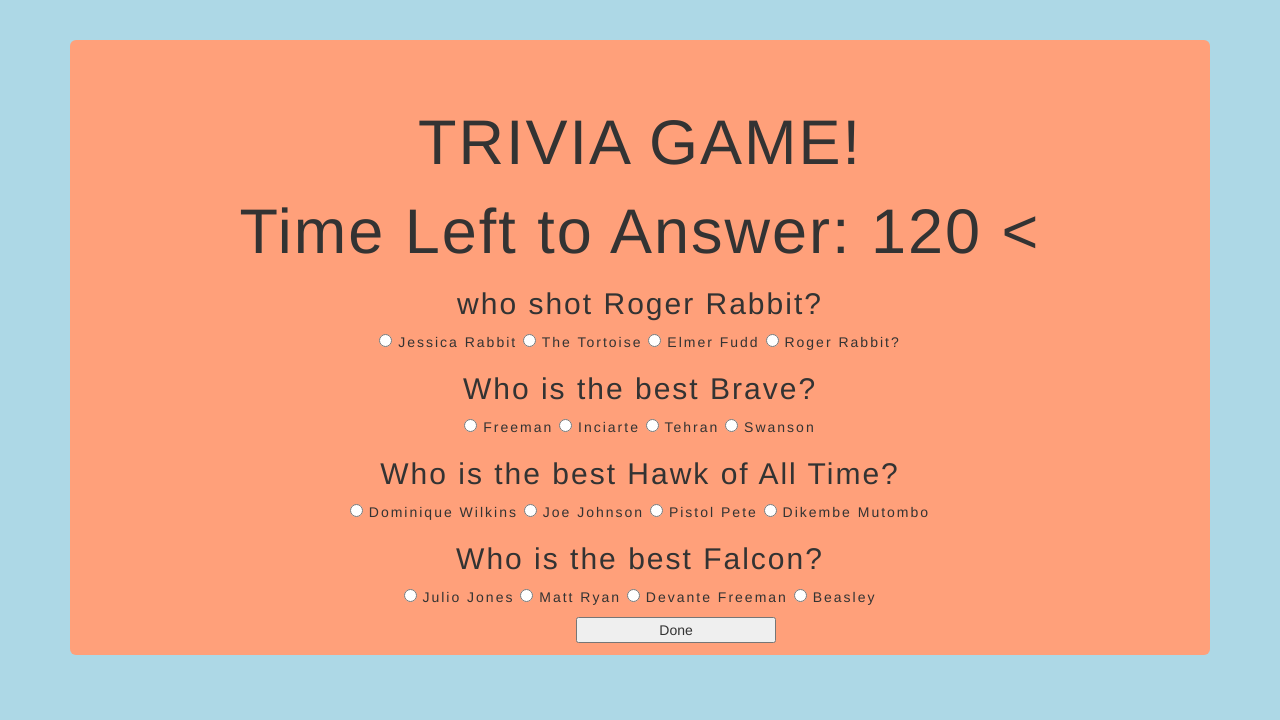
Repository: phiniezyc/TriviaGame
Page: index.html
An editor plug-in stored every save of this project. The page is shown before and after the next save, followed by the edit.
The browser window is 1280 px wide. The pictures show the whole page.
After loading, the first visible `#startGameButton` was clicked once.
Some web libraries are served in a nearby version.

Above is the page before, as saved 2017-09-14 01:34:47.
Console error: TypeError: "#timeLeft".html is not a function

### index.html
<!DOCTYPE html>
<html lang="">
<head>
    <meta charset="utf-8">
    <meta name="viewport" content="width=device-width, initial-scale=1.0">
    <title>Quiz Game</title>
    <link rel="stylesheet" href="https://maxcdn.bootstrapcdn.com/bootstrap/3.3.7/css/bootstrap.min.css">
    <link rel="stylesheet" href="assets/css/style.css">
</head>

<body>

<div class="container">
<div class="row">

</div>
</div>
<div class="container">
    <div class="jumbotron">
        <div>
            <h1 id="gameHeading">TRIVIA GAME!</h1>
        </div>
        <div id="questionSection">
            <button id="startGameButton">Start Game</button>
        </div>
    </div>
</div>



<script src="https://ajax.googleapis.com/ajax/libs/jquery/3.2.1/jquery.min.js"></script>
<script src="assets/javascript/app.js"></script>
</body>
</html>

### assets/css/style.css
body {
    background-color: lightblue;
}



button {
    /*margin-left: 45%;*/
    /*text-align: center;*/
    width: 200px;
    position: absolute;
    left: 45%;
}


.jumbotron {
    background-color: lightsalmon;
    margin-top: 40px;
    text-align: center;
    letter-spacing: 2px;
}

#gameHeading {
    text-align: center;
}


#doneButton {
    margin-top: 10px;
}

/*
.!*answerSections {

    height: 100px;
    border-style: solid;
    border-width: 5px;
    text-align: center;
    font-size: 35px;
    width: 75%;
    margin: 0 auto;
    padding-top: 15px;
} *!*/

### assets/javascript/app.js

$("#startGameButton").on("click", function () {
    trivaScoring.startTimer();
    /* $("#startGameButton").remove();
    for (var i = 0; i < questions.length; i++) {
        $("#questionSection").append("<h2>" + questions[i].question + "</h2>");
        for (var j = 0; j < questions[i].answers.length; j++) {
            $("#questionSection").append("<input type = 'radio' name= 'questionsToAsk" + i + " 'value' " + questions[i].answers[j] + "'>" + questions[i].answers[j])
        }
    }
    $("#questionSection").after("<button value = 'hello' id = 'doneButton'> Done"); */
});

var questions = [{
    question: " who shot Roger Rabbit? ",
    answers: [" Jessica Rabbit ", " The Tortoise ", " Elmer Fudd ", " Roger Rabbit? "],
    correctAnswer: " Jessica Rabbit "
}, {
    question: " Who is the best Brave? ",
    answers: [" Freeman ", " Inciarte ", " Tehran ", " Swanson "],
    correctAnswer: "Freeman"
}, {
    question: " Who is the best Hawk of All Time? ",
    answers: [" Dominique Wilkins ", " Joe Johnson ", " Pistol Pete ", " Dikembe Mutombo "],
    correctAnswer: " Dominique Wilkins "
}, {
    question: " Who is the best Falcon? ",
    answers: [" Julio Jones ", " Matt Ryan ", " Devante Freeman ", " Beasley "],
    correctAnswer: " Julio Jones "
}];


var trivaScoring = {
    correct: 0,
    incorrect: 0,
    counter: 60,
    timeLeft: function() {
        trivaScoring.counter--;
        ("#timeLeft").html(trivaScoring.counter);
        if (trivaScoring.counter === 0) {
            console.log("You're done!");
            trivaScoring.over();
        }
    },
    startTimer: function() {
        timer = setInterval(trivaScoring.timeLeft, 1000);
        $("#questionSection").prepend("<h1>Time Left to Answer: <span id = 'counter'> 120 </span> <")
        $("#startGameButton").remove();
        for (var i = 0; i < questions.length; i++) {
            $("#questionSection").append("<h2>" + questions[i].question + "</h2>");
            for (var j = 0; j < questions[i].answers.length; j++) {
                $("#questionSection").append("<input type = 'radio' name= 'questionsToAsk" + i + " 'value' " + questions[i].answers[j] + "'>" + questions[i].answers[j])
            }
        }
        $("#questionSection").after("<button value = 'hello' id = 'doneButton'> Done");
    }


}

After the next save:
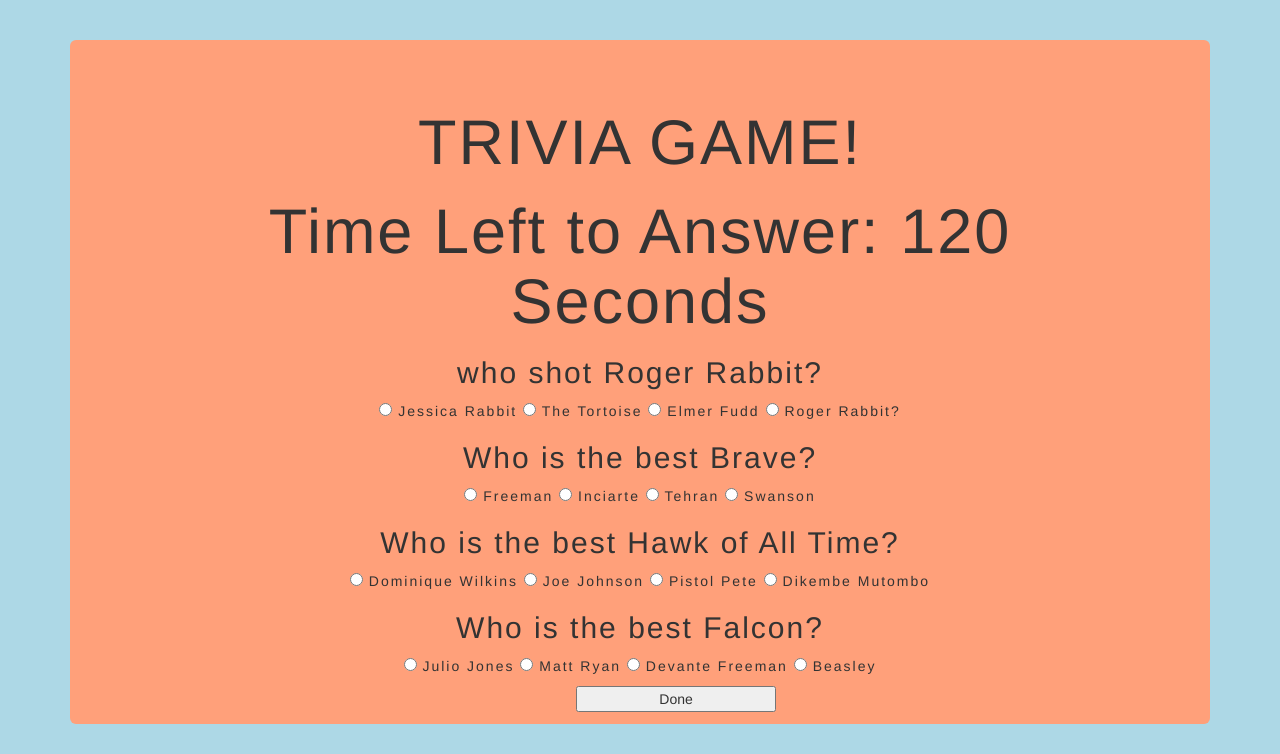
Saved 11 s later.
--- a/assets/javascript/app.js
+++ b/assets/javascript/app.js
@@ -44,7 +44,7 @@
     },
     startTimer: function() {
         timer = setInterval(trivaScoring.timeLeft, 1000);
-        $("#questionSection").prepend("<h1>Time Left to Answer: <span id = 'counter'> 120 </span> <")
+        $("#questionSection").prepend("<h1>Time Left to Answer: <span id = 'counter'> 120 </span> Seconds")
         $("#startGameButton").remove();
         for (var i = 0; i < questions.length; i++) {
             $("#questionSection").append("<h2>" + questions[i].question + "</h2>");
